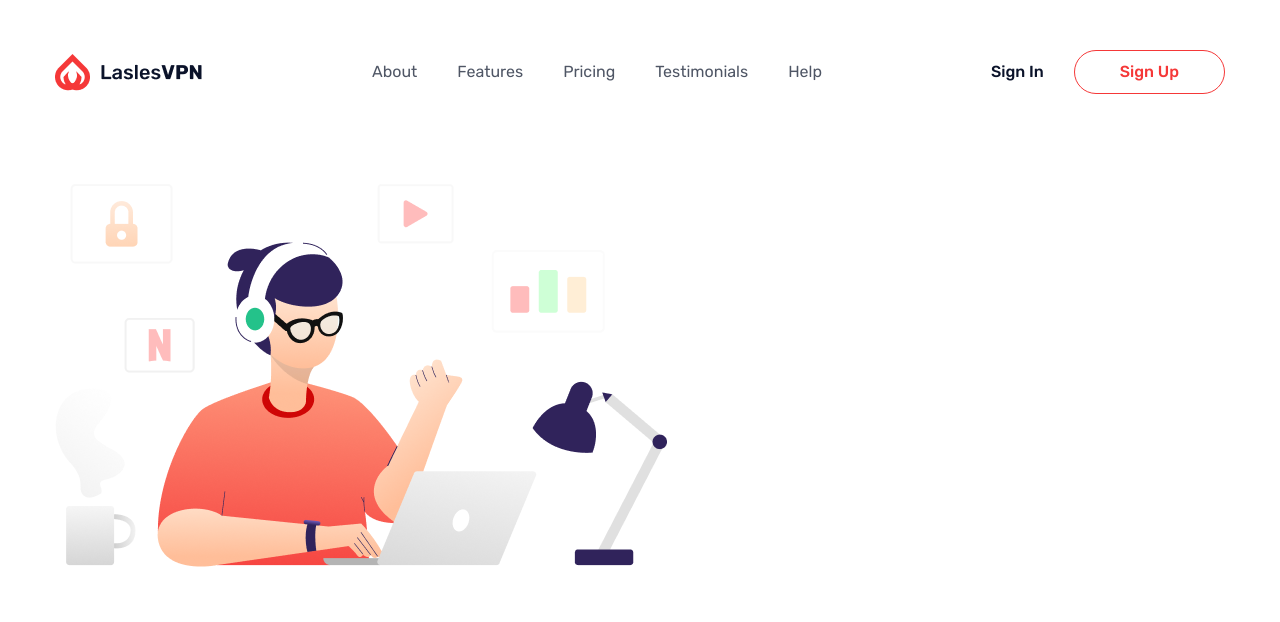
Repository: longvuht/lasles-VPN-vu
Page: index.html
The author's editor kept a copy of each file at every save. The page is drawn from the files as they stood at one save, then again after the next save.
The browser window is 1280 px wide. The pictures show the whole page.
The style sheet was rebuilt from its Sass, Less or Tailwind sources for each picture, by a compiler version that may differ from the author's.

Above is the page before, as saved 2022-09-10 16:12:36.

After the next save:
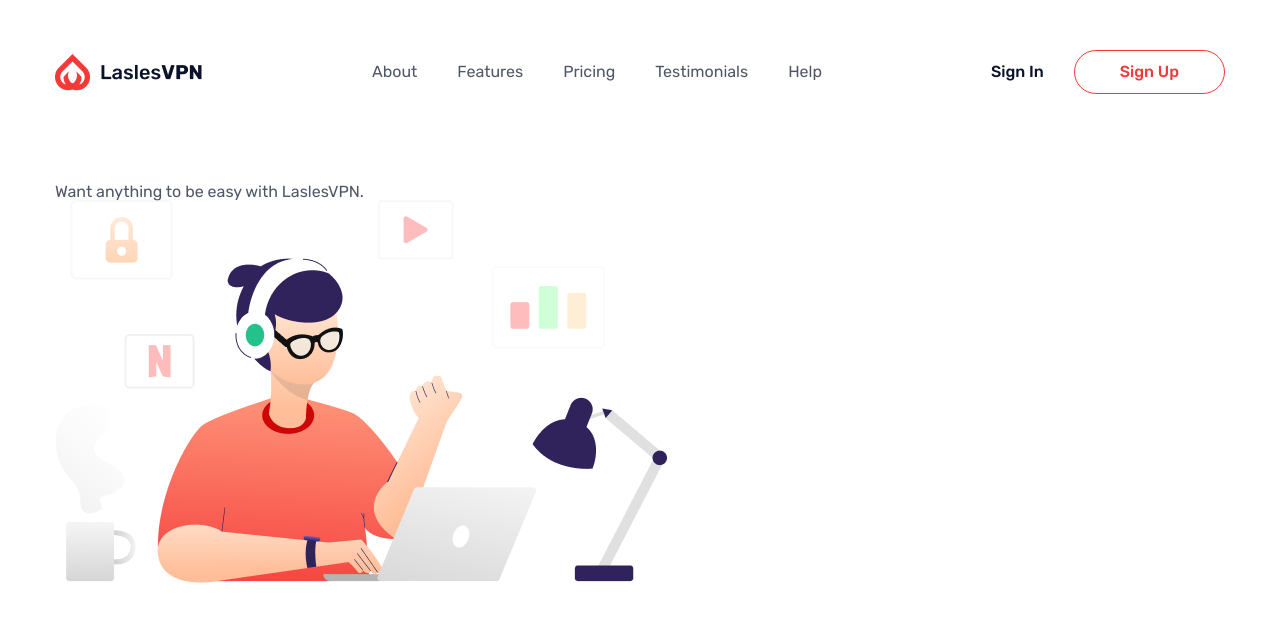
Saved 49 s later.
--- a/index.html
+++ b/index.html
@@ -50,7 +50,11 @@
         <section class="hero">
           <div class="container">
             <div class="hero-container">
-              <div class="hero-content"></div>
+              <div class="hero-content">
+                <h1 class="hero-heading">
+                  Want anything to be easy with LaslesVPN.
+                </h1>
+              </div>
               <div class="hero-image">
                 <img src="./img/hero-img.png" alt="hero image" />
               </div>
